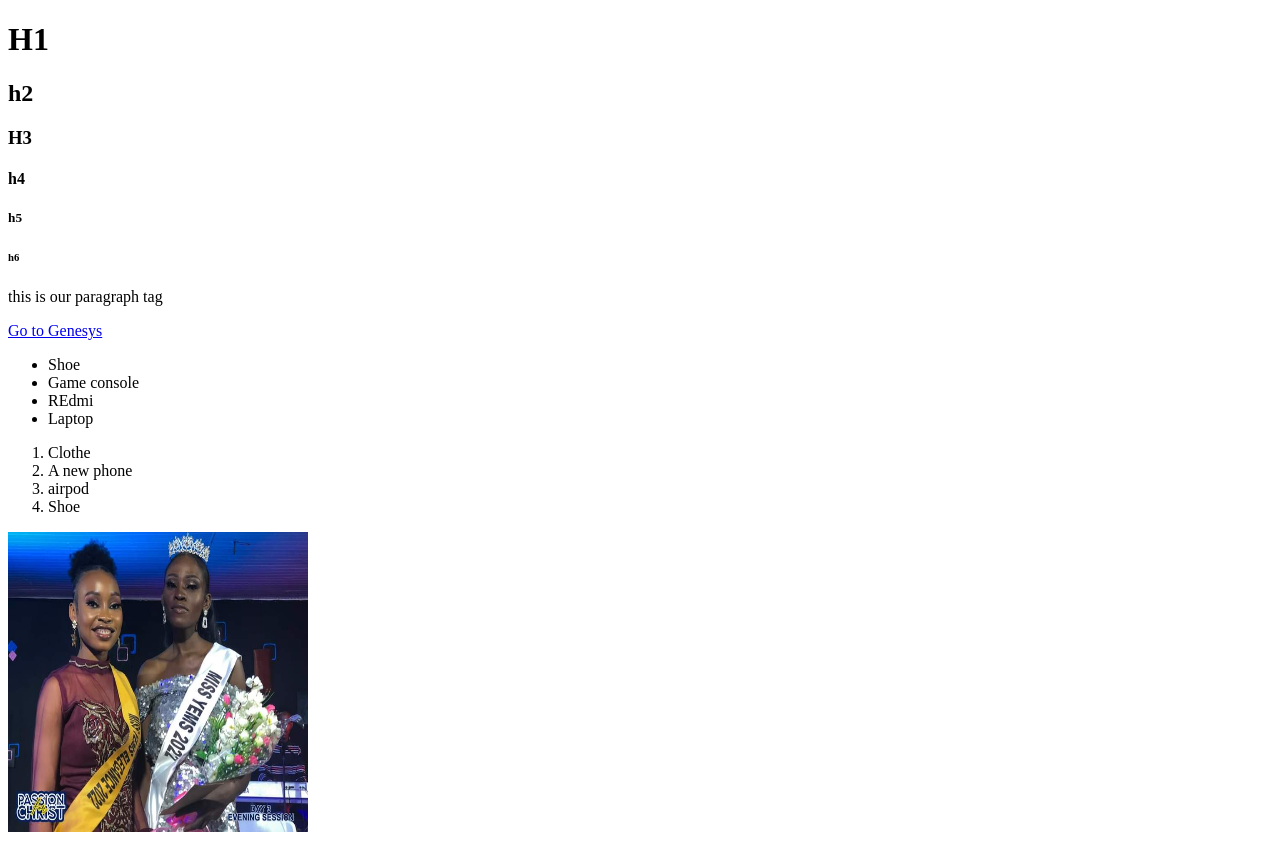
Repository: Ifenna-Pascal/firstRepo
Page: index.html
The author's editor kept a copy of each file at every save. The page is drawn from the files as they stood at one save, then again after the next save.
The browser window is 1280 px wide. The pictures show the whole page.

Above is the page before, as saved 2023-07-14 12:27:28.

### index.html
<!DOCTYPE html>
<html lang="eng">
<head>
<title>Codeville</title>
<meta name="description" content="this is an introduction page site">
<link rel="stylesheet" href="./about/about.css">
<style>
</style>
</head>
<body>
    <!-- THESE ARE OUR HEADER TAGS H1-H6 -->
    <h1>H1</h1>
    <h2>h2</h2>
    <h3>H3</h3>
    <h4>h4</h4>
    <h5>h5</h5>
    <h6>h6</h6>
    <!-- THIS IS OUR PARAGRAPH TAG -->
    <p>this is our paragraph tag</p>
    <!-- <article>
        Lorem ipsum dolor sit amet, consectetur adipisicing elit. Deserunt enim,
         soluta qui quaerat sapiente hic quisquam incidunt molestias cupiditate
         ipsa ad animi, officiis in. Dolores, possimus? Tempore ducimus voluptas
          tenetur pariatur iusto dolores necessitatibus magnam consectetur facere
           voluptate, esse ipsa nemo unde fugiat neque cumque rem quia sunt quas ea a debitis totam natus ipsam. Voluptas sapiente sint
            accusantium laboriosam, ipsa, maxime excepturi possimus harum ducimus quo quia soluta facilis molestiae perspiciatis delectus consectetur ratione
            <h1> dolores. Veniam molestias voluptates</h1> quod rerum labore reprehenderit laborum voluptatem, sint harum id sit nulla, omnis alias earum ab ex, temporibus accusamus est consequatur quibusdam vero assumenda? Sit perferendis optio ex. Optio praesentium illo quas commod
             i tempore adipisci aliquid numquam. Dicta nulla quibusdam provident quis voluptates dolorem ipsa rem ab ratione omnis aspernatur odit reiciendis labore fuga distinctio, porro incidunt quidem necessitatibus, doloremque numquam molestias cumque sit delectus. Optio perspiciatis voluptas quos vel dignissimos, tenetur, dicta corporis minus, accusantium in ipsam eaque sit minima commodi reprehenderit incidunt nulla quas rem nam officiis. Beatae inventore
             ea ex cumque nam exercitationem fuga aliquid cum! Voluptatum voluptate optio tempora accusantium numquam temporibus similique ullam at nesciunt facere harum, omnis, modi dolore
              necessitatibus, sed nihil doloremque odio eum quo.
    </article> -->
    <!-- <div>
        Lorem ipsum dolor sit amet, consectetur adipisicing elit. Qui eveniet minus est iste, nisi atque ipsum aliquam saepe provident iure molestias ea? Commodi quod culpa consequatur! Dolor enim atque vero?
    </div>
    <section id="sectionOne">
        <span id="spanOne">Lorem ipsum dolor sit, amet consectetur adipisicing elit. Ipsum, consequuntur.t</span>
        <span>Lorem ipsum <b>dolor</b> sit amet consectetur.</span>
    </section> -->
    <a href="https://www.genesystechhub.com/" title="Linkk" target="_blank">Go to Genesys</a>
    <ul>
        <li>Shoe</li>
        <li>Game console</li>
        <li>REdmi</li>
        <li>Laptop</li>
    </ul>
    <ol>
        <li>Clothe</li>
        <li>A new phone</li>
        <li>airpod</li>
        <li>Shoe</li>
    </ol>
    <img src="/queen.jpg" alt="a queen picture" width="300" height="300">
</body>
</html>

Loaded but not shown: about/about.css (no stored copy; drawn as an empty file)

After the next save:
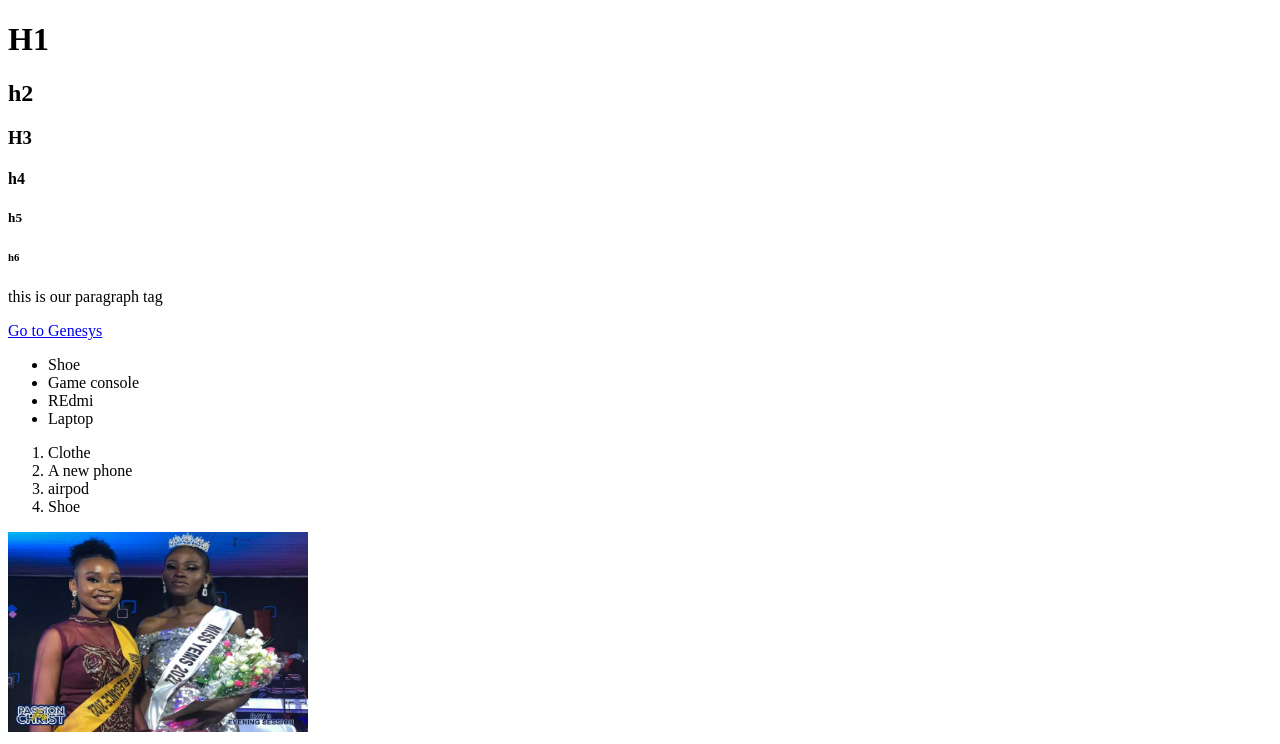
Saved 14 s later.
--- a/index.html
+++ b/index.html
@@ -49,6 +49,6 @@
         <li>airpod</li>
         <li>Shoe</li>
     </ol>
-    <img src="/queen.jpg" alt="a queen picture" width="300" height="300">
+    <img src="/queen.jpg" alt="a queen picture" width="300" height="200">
 </body>
 </html>
